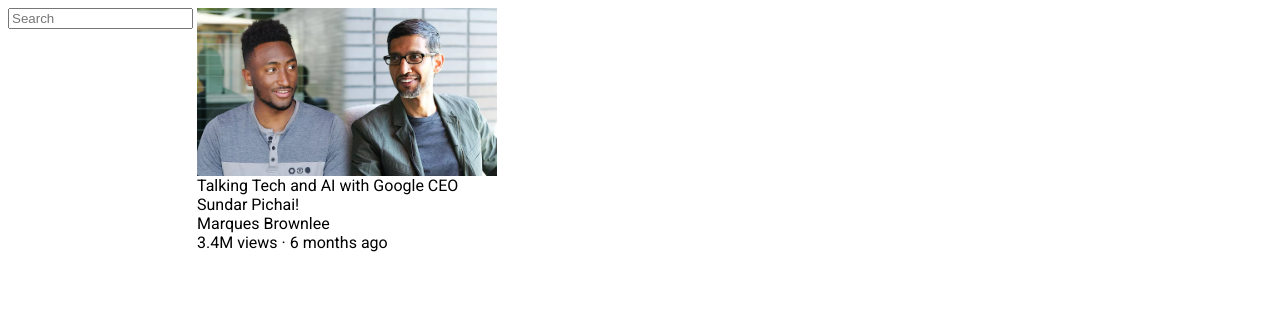
Repository: knowledgeAlan/html-css-ten
Page: youtube.html
These files come from the project's save history. The page is drawn as it stood at one moment and after the next save; the edit follows.
The browser window is 1280 px wide. The pictures show the whole page.

Above is the page before, as saved 2024-03-06 18:29:50.

### youtube.html
<!DOCTYPE html>
<html>

<head>
    <title>Youtube.com Clone</title>

    <link rel="preconnect" href="https://fonts.googleapis.com">
    <link rel="preconnect" href="https://fonts.gstatic.com" crossorigin>
    <link href="https://fonts.googleapis.com/css2?family=Roboto:wght@400;500;700&display=swap" rel="stylesheet">
    <style >

        p {
            font-family: Roboto,Arial;
            margin-top: 0;
            margin-bottom: 0;
        }
        .thumbnail {
            width: 300px;
            display: block;
        }

        .search-bar{
                display: block;
        }

        .video-title {

        }

        .video-preview {

            width: 300px;
            display: inline-block;
            vertical-align: top;
            margin-right: 15px;
        }



    </style>

    <body>



        <input class="searh-bar" type="text" placeholder="Search">

        <div class="video-preview">

            <img class="thumbnail" src="thumbnails/thumbnail.png" alt="Dinosaur"/>

            <p class="video-title">
                Talking Tech and AI with Google CEO Sundar Pichai!
            </p>

            <p class="video-author">
                Marques Brownlee
            </p>

            <p class="video-stats">
                3.4M views &#183; 6 months ago
            </p>
        </div>



    </body>
</head>
</html>

After the next save:
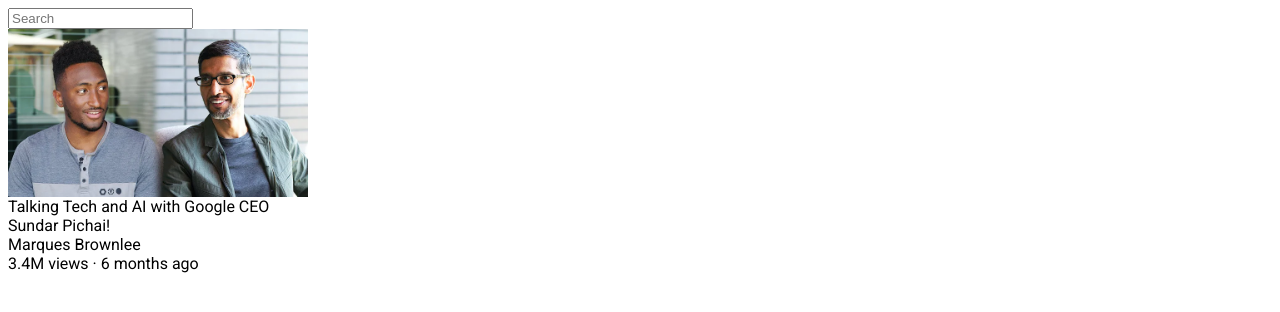
Saved 46 s later.
--- a/youtube.html
+++ b/youtube.html
@@ -42,8 +42,10 @@
     <body>
 
 
+        <div>
+            <input class="searh-bar" type="text" placeholder="Search">
+        </div>
 
-        <input class="searh-bar" type="text" placeholder="Search">
 
         <div class="video-preview">
 

After the save that followed:
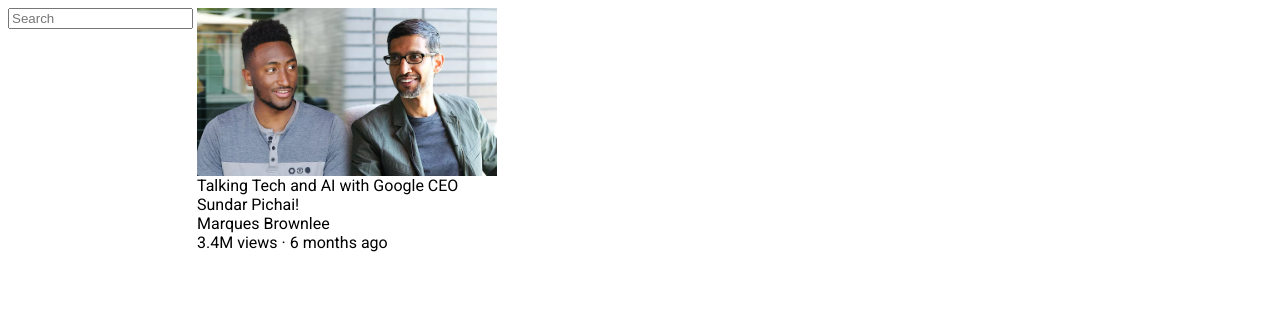
Saved 8 s later.
--- a/youtube.html
+++ b/youtube.html
@@ -42,10 +42,8 @@
     <body>
 
 
-        <div>
-            <input class="searh-bar" type="text" placeholder="Search">
-        </div>
 
+        <input class="searh-bar" type="text" placeholder="Search">
 
         <div class="video-preview">
 
